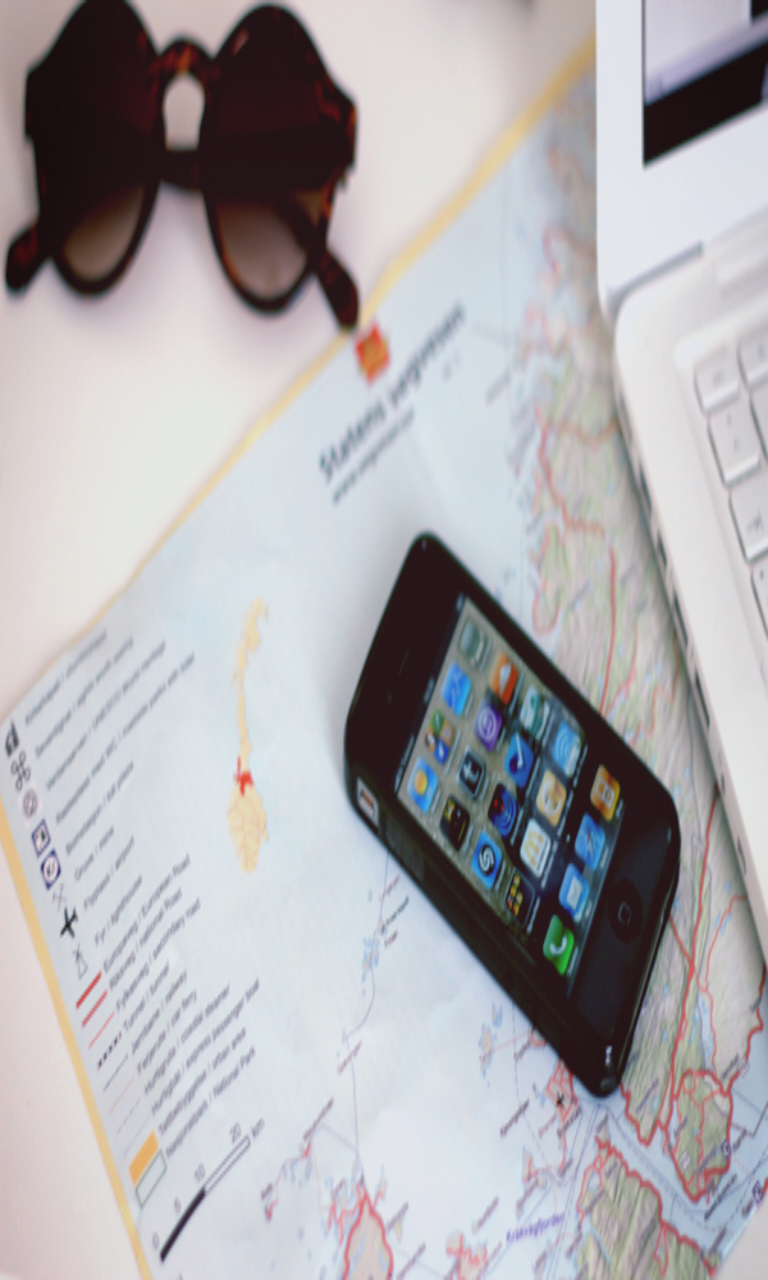
Repository: prernanain27/Android-Travel-Project
Layout: Itravel/res/layout/activity_itravel.xml
An editor plug-in stored every save of this project. The layout is shown before and after the next save, followed by the edit.
It is drawn on a 768 x 1280 px phone screen (xhdpi) without system bars, with theme AppTheme; the app's code is not run.

Above is the layout before, as saved 2013-09-19 16:48:59.

After the next save:
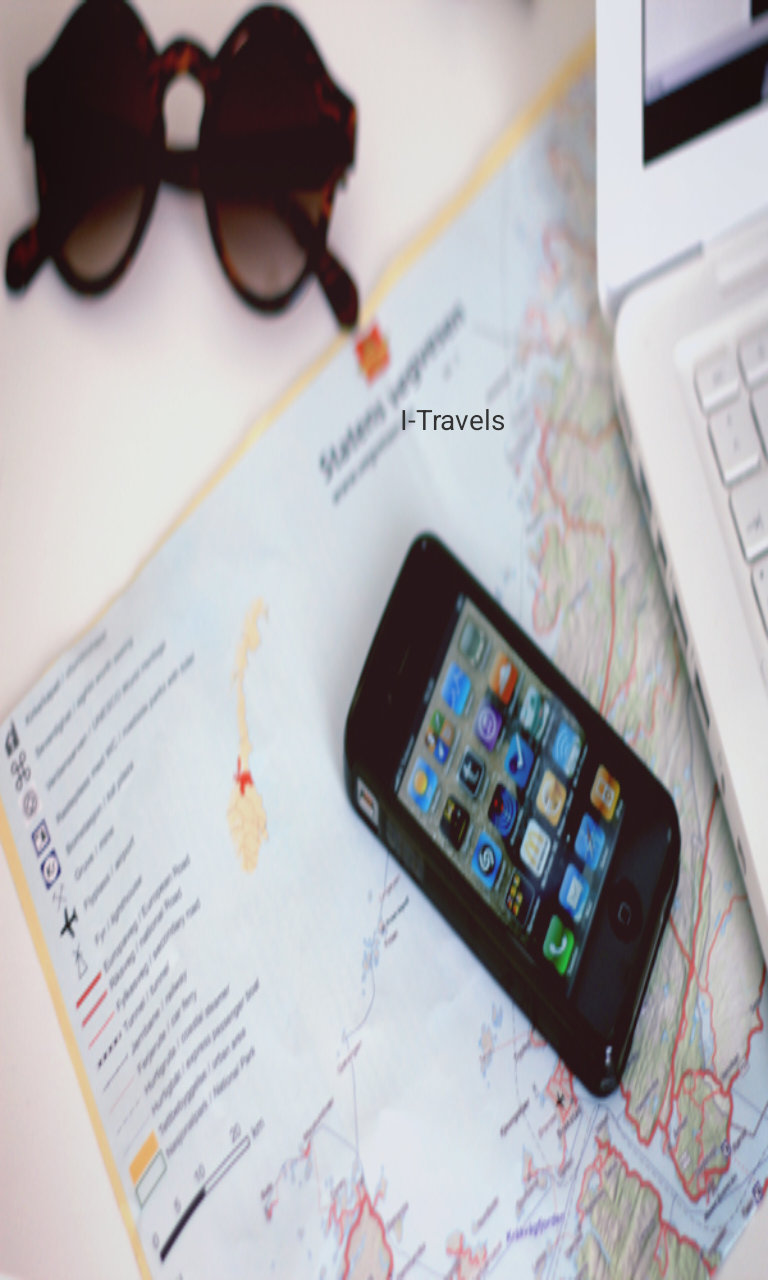
Saved 18 s later.
--- a/Itravel/res/layout/activity_itravel.xml
+++ b/Itravel/res/layout/activity_itravel.xml
@@ -12,8 +12,8 @@
         android:layout_centerHorizontal="true"
         android:layout_centerVertical="true"
         android:text="I-Travels"
-        android:layout_marginTop="1000dp"
-        android:layout_marginLeft="1000dp"
+        android:layout_marginTop="200dp"
+        android:layout_marginLeft="200dp"
 
         />
 
